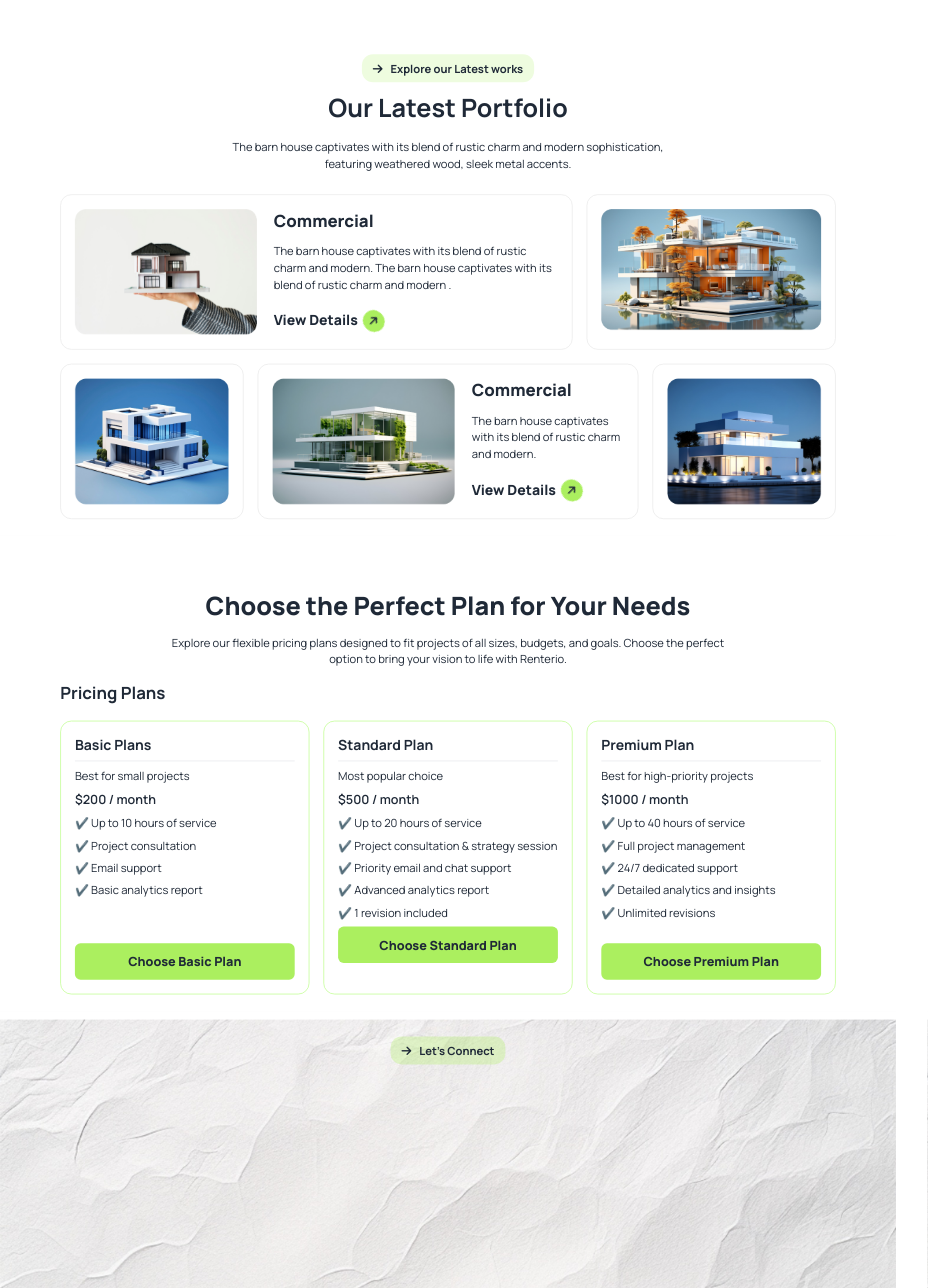
Repository: Tanvir4312/assignment-03
Page: index.html
These files come from the project's save history. The page is drawn as it stood at one moment and after the next save; the edit follows.
The browser window is 1280 px wide. The page is 1325 px wide, so the pictures cover 1325 px, including what lies to the right of the window. The pictures show the part of the page from y = 2302 to 4142 px (the page is 4142 px tall), at 70% of full size.
Some web libraries are served in a nearby version.

Above is the page before, as saved 2024-10-30 20:51:03.

### index.html
<!DOCTYPE html>
<html lang="en">

<head>
    <meta charset="UTF-8">
    <meta name="viewport" content="width=device-width, initial-scale=1.0">
    <title>Renterio</title>
    <link rel="stylesheet" href="styles/styles.css">
    <!-- DaisyUI -->
    <link href="https://cdn.jsdelivr.net/npm/daisyui@4.12.14/dist/full.min.css" rel="stylesheet" type="text/css" />
    <script src="https://cdn.tailwindcss.com"></script>
    <!-- Icon -->
    <link rel="stylesheet" href="https://cdnjs.cloudflare.com/ajax/libs/font-awesome/6.6.0/css/all.min.css"
        integrity="sha512-Kc323vGBEqzTmouAECnVceyQqyqdsSiqLQISBL29aUW4U/M7pSPA/gEUZQqv1cwx4OnYxTxve5UMg5GT6L4JJg=="
        crossorigin="anonymous" referrerpolicy="no-referrer" />

    <script>
        tailwind.config = {
            theme: {
                extend: {
                    colors: {
                        clifford: '#da373d',
                        bgBtnColor: '#ABEF5F',
                        btnTextAndWorksTextColor: '#1C1C1C',
                        mainColor: '#212121',
                        secondaryColor: '#494949',

                    }
                }
            }
        }
    </script>
</head>

<body class="manrope-font">
    <header>
        <!-- Navbar -->
        <nav class="container mx-auto">
            <div class="navbar relative py-14">
                <div class="navbar-start">
                    <div class="absolute right-0">
                        <div class="dropdown">
                            <div tabindex="0" role="button"
                                class="btn btn-ghost mr-2 lg:hidden border border-[rgba(233,233,233)] rounded-full bg-[#f9f8f8]">
                                <svg xmlns="http://www.w3.org/2000/svg" class="h-5 w-5" fill="none" viewBox="0 0 24 24"
                                    stroke="currentColor">
                                    <path stroke-linecap="round" stroke-linejoin="round" stroke-width="2"
                                        d="M4 6h16M4 12h8m-8 6h16" />
                                </svg>
                            </div>
                            <div class="absolute -left-20">
                                <ul tabindex=""
                                    class="menu menu-sm dropdown-content bg-base-100 rounded-box z-[1] p-2 shadow w-32">
                                    <li><a>Home</a></li>
                                    <li><a>Services</a></li>
                                    <li><a>Portfolio</a></li>
                                    <li><a>Blogs</a></li>
                                    <li><a>Contact Us</a></li>
                                </ul>
                            </div>
                        </div>
                    </div>
                    <i class="fa-solid fa-arrow-right -rotate-45 bg-bgBtnColor p-2 rounded-full	"></i>
                    <a class="btn btn-ghost font-extrabold text-3xl pl-2">Renterio</a>
                </div>
                <div class="navbar-center hidden lg:flex">
                    <ul class="menu menu-horizontal px-1">
                        <li><a class="font-extrabold">Home</a></li>
                        <li><a>Services</a></li>
                        <li><a>Portfolio</a></li>
                        <li><a>Blogs</a></li>
                        <li><a>Contact Us</a></li>
                    </ul>
                </div>

                <div class="navbar-end hidden md:block">
                    <div class="flex justify-end">
                        <div class="flex items-center gap-3 mr-2">
                            <div class="px-3 py-1 border border-[rgba(233,233,233)] rounded-full bg-[#f9f8f8]">
                                <i class="fa-solid fa-magnifying-glass"></i>
                            </div>
                            <div class="px-3 py-1 border border-[rgba(233,233,233)] rounded-full bg-[#f9f8f8]">
                                <i class="fa-solid fa-cart-shopping"></i>
                            </div>
                        </div>
                        <div class="relative ">
                            <button class="btn bg-bgBtnColor rounded-3xl pr-14 text-lg font-semibold">Book
                                Consult</button>
                            <i
                                class="fa-solid fa-arrow-right -rotate-45 bg-black text-white p-2 rounded-full absolute top-2 right-4 "></i>
                        </div>
                    </div>
                </div>
            </div>
        </nav>
        <!-- Banner -->
        <section class="banner text-center">
            <!-- Banner Image -->
            <div class="flex justify-center px-14">
                <img src="./assets/banner.png" alt="">
            </div>
            <!-- Banner Text -->
            <div class="mt-6">
                <h1 class="text-3xl md:text-6xl font-extrabold md:leading-[80px]">A barn house of this design
                    has a <br>striking appearance
                </h1>
                <p class="mt-6 mb-8 px-5">The barn house captivates with its blend of rustic charm and modern
                    sophistication,
                    featuring weathered wood, sleek metal <br> accents, and large windows that flood the space with
                    natural light.</p>
                <!-- Banner Button -->
                <div class="relative flex px-2 md:justify-center md:items-center">
                    <div class="w-full text-start md:text-center">
                        <button
                            class="btn border border-[rgba(171,239,95)] bg-[rgba(171,239,95,0.5)] rounded-3xl mainColor text-xl font-extrabold pr-14 l w-full md:w-52">View
                            Details</button>
                    </div>
                    <div>
                        <i
                            class="fa-solid fa-arrow-right -rotate-45 bg-bgBtnColor p-2 rounded-full absolute bottom-2 right-[590px]"></i>

                        <i
                            class="md:hidden absolute top-3 right-20 fa-solid fa-arrow-right -rotate-45 bg-bgBtnColor p-2 rounded-full"></i>
                    </div>
                </div>
            </div>
        </section>
    </header>

    <main class="bg-[#F4F4F4]">
        <!-- Commercial and Residential Section -->
        <section class="bg-[#F4F4F4] md:my-24 my-5 pt-7 pb-5 md:pb-20">
            <!-- Vector Image -->
            <img class="hidden md:block border-dashed border-2 border-slate-300 py-7 ml-9" src="./assets/Vector.png"
                alt="">
            <div class="md:w-[1140px] mx-auto grid md:grid-cols-2 grid-cols-1 gap-5 p-4 md:p-0">
                <div>
                    <!-- About Us Button -->
                    <div class="flex justify-center md:flex-col">
                        <div class="bg-white w-32 py-2 px-4 rounded-2xl">
                            <i class="fa-solid fa-arrow-right pr-2"></i>
                            <button class="font-bold">About Us</button>
                        </div>
                    </div>
                    <!-- Text -->
                    <div class="mt-4 md:text-start text-center">
                        <h1 class="text-2xl md:text-4xl font-bold mainColor mb-6">We design thoughtful, <br> liveable
                            spaces
                        </h1>
                        <p class="secondaryColor">The barn house captivates with its blend of rustic charm and
                            modern sophistication, featuring weathered wood, sleek metal accents.</p>
                    </div>

                    <div class="flex md:items-center gap-5 my-6 bg-white p-6 rounded-2xl">
                        <!-- Image -->
                        <div>
                            <img src="./assets/commercial.png" alt="">
                        </div>
                        <!-- Text -->
                        <div>
                            <h3 class="text-xl font-extrabold">Commercial</h3>
                            <p><small>The barn house captivates with its blend <br> of rustic charm and modern.</small>
                            </p>
                        </div>
                    </div>
                    <div class="flex md:items-center gap-5 bg-white p-6 rounded-2xl">
                        <!-- Image -->
                        <div>
                            <img src="./assets/residential.png" alt="">
                        </div>
                        <!-- Text -->
                        <div>
                            <h3 class="text-xl font-extrabold">Residential</h3>
                            <p><small>The barn house captivates with its blend <br> of rustic charm and modern.</small>
                            </p>
                        </div>
                    </div>

                </div>
                <!-- Image -->
                <div>
                    <img class="h-60 w-full md:h-[500px]" src="./assets/Rectangle.png" alt="">
                </div>
            </div>
        </section>
        <!-- Works Process section -->
        <section class="md:w-[1140px] mx-auto px-4 md:px-0 md:pb-24">
            <!-- Works Button -->
            <div class="flex justify-center">
                <div class="bg-white py-2 px-4 rounded-2xl">
                    <i class="fa-solid fa-arrow-right pr-2"></i>
                    <button class="font-bold">How We Works</button>
                </div>
            </div>
            <!-- Text -->
            <div class="text-center">
                <h1 class="py-4 md:py-6 text-2xl md:text-4xl font-bold">Our Works Process</h1>
                <p>The barn house captivates with its blend of rustic charm and modern sophistication, <br> featuring
                    weathered wood, sleek metal accents.</p>
            </div>
            <!-- Card -->
            <div class="card grid grid-cols-1 md:grid-cols-4 gap-4 my-8">
                <div class="bg-[rgba(231,193,211)] rounded-2xl p-5">
                    <img src="./assets/concept.png" alt="">
                    <h4 class="py-2 text-xl font-bold">Concept</h4>
                    <p>The barn house captivates with its blend of rustic charm and modern.</p>
                </div>
                <div class="bg-[rgba(239,218,110)] rounded-2xl p-5">
                    <img src="./assets/flow-chart.png" alt="">
                    <h4 class="py-2 text-xl font-bold">Design Process</h4>
                    <p>The barn house captivates with its blend of rustic charm and modern.</p>
                </div>
                <div class="bg-[rgba(164,218,195)] rounded-2xl p-5">
                    <img src="./assets/concept.png" alt="">
                    <h4 class="py-2 text-xl font-bold">Supervision</h4>
                    <p>The barn house captivates with its blend of rustic charm and modern.</p>
                </div>
                <div class="bg-[rgba(119,170,234)] rounded-2xl p-5">
                    <img src="./assets/concept.png" alt="">
                    <h4 class="py-2 text-xl font-bold">Budget Planning</h4>
                    <p>The barn house captivates with its blend of rustic charm and modern.</p>
                </div>
            </div>
        </section>
        <!-- Latest Portfolio Section -->
        <section class="md:bg-white">
            <div class=" md:w-[1140px] mx-auto py-6 px-4 md:pt-20">
                <!-- Latest Works Button -->
                <div class="flex justify-center">
                    <div class="bg-[rgba(171,239,95,0.2)] py-2 px-4 rounded-2xl">
                        <i class="fa-solid fa-arrow-right pr-2"></i>
                        <button class="font-bold">Explore our Latest works</button>
                    </div>
                </div>
                <!-- Text -->
                <div class="text-center">
                    <h1 class="pt-4 pb-6 md:text-4xl text-2xl font-bold">Our Latest Portfolio</h1>
                    <p>The barn house captivates with its blend of rustic charm and modern sophistication, <br>
                        featuring
                        weathered wood, sleek metal accents.</p>
                </div>
                <!-- Latest Portfolio Card First Row -->
                <div class="pt-8 grid grid-cols-1 md:grid-cols-3 gap-5">
                    <!-- First Card -->
                    <div class="md:col-span-2 rounded-2xl ">
                        <div class="md:flex gap-6 border border-[rgba(233,233,233)] rounded-2xl p-5 bg-white">
                            <img src="./assets/img1.png" alt="">
                            <div>
                                <h3 class="text-2xl font-extrabold">Commercial</h3>
                                <p class="pt-4 pb-6">The barn house captivates with its blend of rustic charm and
                                    modern. The barn house
                                    captivates with its blend of rustic charm and modern .</p>

                                <a class="text-xl font-extrabold pr-1" href="">View Details</a>
                                <i class="fa-solid fa-arrow-right -rotate-45 bg-bgBtnColor p-2 rounded-full	"></i>
                            </div>
                        </div>
                    </div>
                    <!-- Second Card -->
                    <div class="border border-[rgba(233,233,233)] rounded-2xl p-5 bg-white">
                        <img src="./assets/img2.png" alt="">
                    </div>

                </div>
                <!-- Latest Portfolio Card Second Row -->
                <div class="grid grid-cols-1 md:grid-cols-4 gap-5 mt-5">
                    <!-- First Card -->
                    <div class="border border-[rgba(233,233,233)] rounded-2xl p-5 bg-white">
                        <img class="h-full w-full" src="./assets/img3.png" alt="">
                    </div>
                    <!-- Second Card -->
                    <div class="md:col-span-2 rounded-2xl ">
                        <div class="md:flex gap-6 border border-[rgba(233,233,233)] rounded-2xl p-5 bg-white">
                            <img src="./assets/img4.png" alt="">
                            <div>
                                <h3 class="text-2xl font-extrabold">Commercial</h3>
                                <p class="pt-4 pb-6">The barn house captivates with its blend of rustic charm and
                                    modern.</p>

                                <a class="text-xl font-extrabold pr-1" href="">View Details</a>
                                <i class="fa-solid fa-arrow-right -rotate-45 bg-bgBtnColor p-2 rounded-full	"></i>
                            </div>
                        </div>
                    </div>
                    <!-- Third Card -->
                    <div class="border border-[rgba(233,233,233)] rounded-2xl p-5 bg-white">
                        <img class="h-full w-full" src="./assets/img5.png" alt="">
                    </div>

                </div>
            </div>
        </section>
        <!-- Perfect Plan Section -->
        <section class="md:bg-white">
            <div class="md:w-[1140px] mx-auto py-6 px-4 md:pt-20">
                <!-- Text -->
                <div class="text-center">
                    <h1 class="text-2xl md:text-4xl font-extrabold">Choose the Perfect Plan for Your Needs</h1>
                    <p class="py-5">Explore our flexible pricing plans designed to fit projects of all sizes, budgets,
                        and goals. Choose the perfect <br> option to bring your vision to life with Renterio.</p>
                </div>
                <p class="text-2xl font-bold pb-6">Pricing Plans</p>
                <!-- Cards -->
                <div class="grid grid-cols-1 md:grid-cols-3 gap-5">
                    <!-- Card-01 -->
                    <div class="border border-[#bdfe8b] p-5 rounded-2xl bg-white">
                        <div class="space-y-2">
                            <h3 class="text-xl font-bold">Basic Plans</h3>
                            <hr>
                            <p>Best for small projects</p>
                            <h5 class="text-lg font-semibold">$200 / month</h5>
                            <li class="list-none">✔️ Up to 10 hours of service</li>
                            <li class="list-none">✔️ Project consultation</li>
                            <li class="list-none">✔️ Email support</li>
                            <li class="list-none">✔️ Basic analytics report</li>
                        </div>

                        <button class="bg-bgBtnColor p-3 rounded-lg text-lg font-extrabold mt-16 w-full">Choose
                            Basic Plan</button>

                    </div>
                    <!-- Card-02 -->
                    <div class="border border-[#bdfe8b] p-5 rounded-2xl bg-white">
                        <div class="space-y-2">
                            <h3 class="text-xl font-bold">Standard Plan</h3>
                            <hr>
                            <p>Most popular choice</p>
                            <h5 class="text-lg font-semibold">$500 / month</h5>
                            <li class="list-none">✔️ Up to 20 hours of service</li>
                            <li class="list-none">✔️ Project consultation & strategy session</li>
                            <li class="list-none">✔️ Priority email and chat support</li>
                            <li class="list-none">✔️ Advanced analytics report</li>
                            <li class="list-none">✔️ 1 revision included</li>
                        </div>

                        <button class="bg-bgBtnColor p-3 rounded-lg text-lg font-extrabold mt-2 w-full">Choose Standard
                            Plan</button>

                    </div>
                    <!-- Card-03 -->
                    <div class="border border-[#bdfe8b] p-5 rounded-2xl bg-white">
                        <div class="space-y-2">
                            <h3 class="text-xl font-bold">Premium Plan</h3>
                            <hr>
                            <p>Best for high-priority projects</p>
                            <h5 class="text-lg font-semibold">$1000 / month</h5>
                            <li class="list-none">✔️ Up to 40 hours of service</li>
                            <li class="list-none">✔️ Full project management</li>
                            <li class="list-none">✔️ 24/7 dedicated support</li>
                            <li class="list-none">✔️ Detailed analytics and insights</li>
                            <li class="list-none">✔️ Unlimited revisions</li>
                        </div>

                        <button class="bg-bgBtnColor p-3 rounded-lg text-lg font-extrabold mt-8 w-full">Choose Premium
                            Plan</button>

                    </div>
                </div>
            </div>
        </section>
    </main>
    <!-- Next Project Section -->
    <section class="next-project h-96 mt-3">
        <div class=" md:w-[1140px] mx-auto py-6">
            <!-- Button -->
            <div class="flex justify-center">
                <div class="bg-[rgba(171,239,95,0.3)] py-2 px-4 rounded-2xl">
                    <i class="fa-solid fa-arrow-right pr-2"></i>
                    <button class="font-bold">Let’s Connect</button>
                </div>
            </div>
        </div>
    </section>
</body>

</html>

### styles/styles.css
/* Font */
@import url('https://fonts.googleapis.com/css2?family=Manrope:wght@200..800&display=swap');


.manrope-font {
  font-family: "Manrope", sans-serif;
}

/* Next Project Section */
.next-project{
  background-image: url('/assets/bg.jpg');
  background-repeat: no-repeat;
  background-position: center;
  background-size: cover;
}

After the next save:
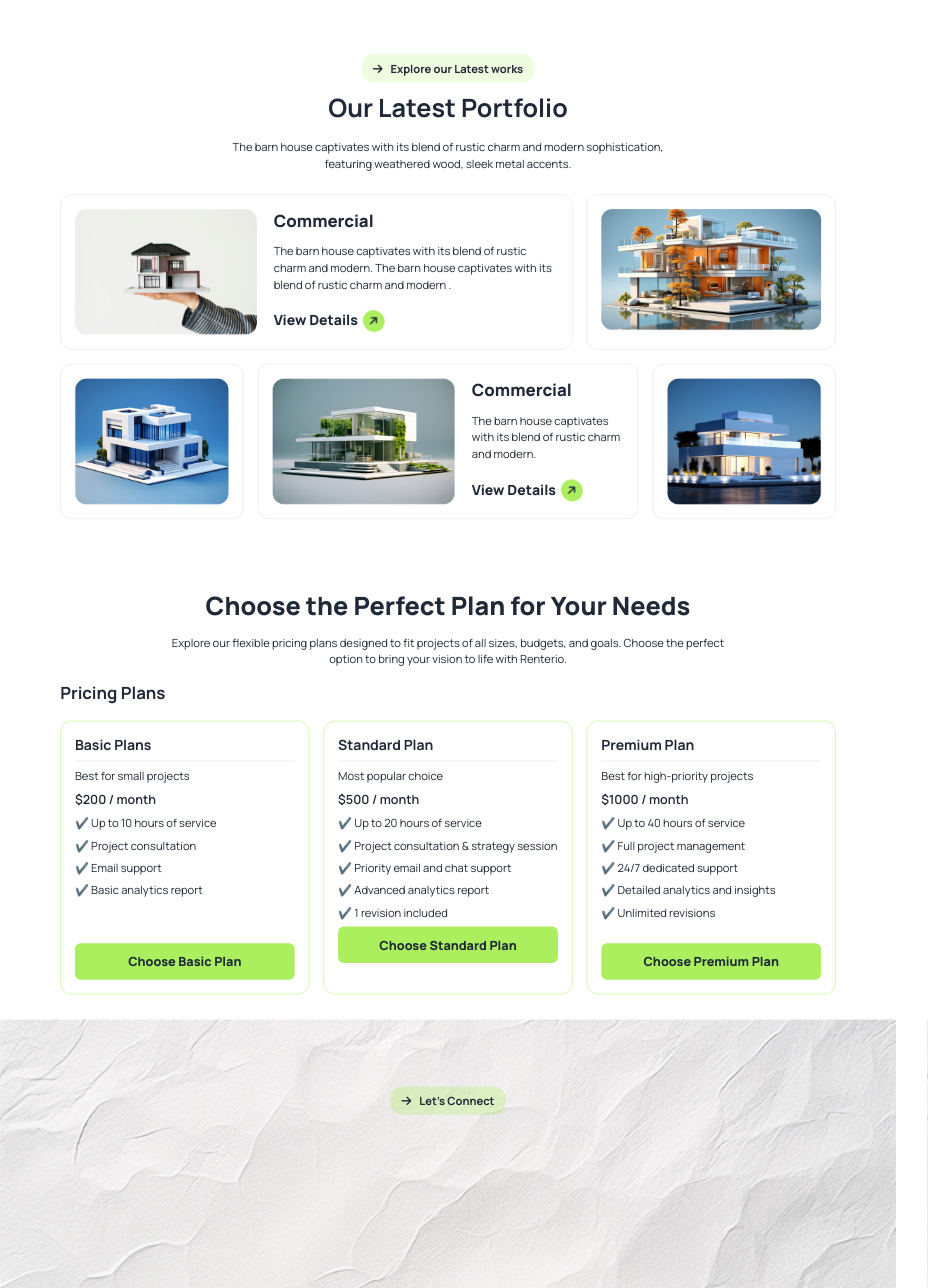
Saved 53 s later.
--- a/index.html
+++ b/index.html
@@ -361,7 +361,7 @@
     </main>
     <!-- Next Project Section -->
     <section class="next-project h-96 mt-3">
-        <div class=" md:w-[1140px] mx-auto py-6">
+        <div class=" md:w-[1140px] mx-auto py-24">
             <!-- Button -->
             <div class="flex justify-center">
                 <div class="bg-[rgba(171,239,95,0.3)] py-2 px-4 rounded-2xl">
